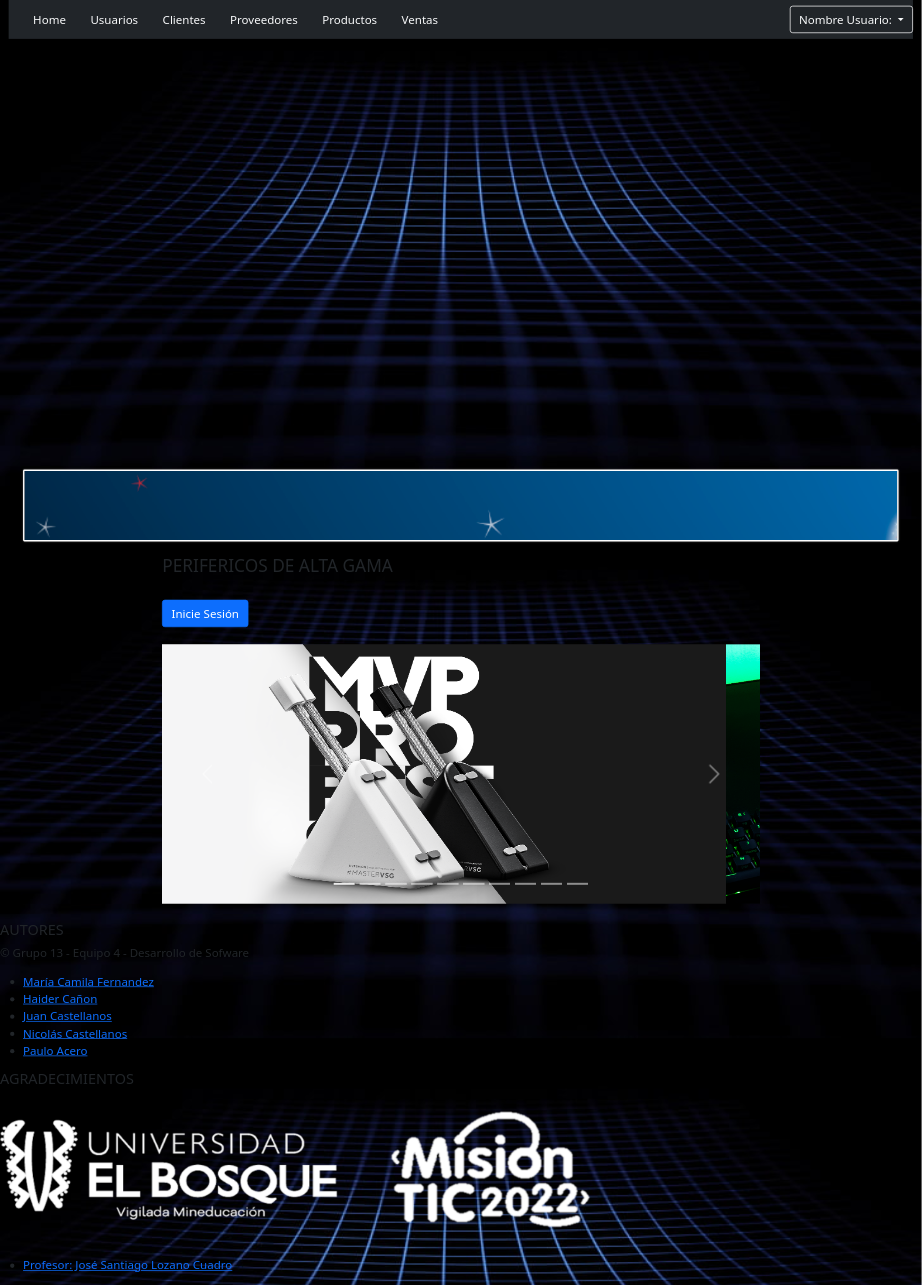
Repository: Grupo13E4/Tienda_Cypher
Page: http://localhost/Ciclo3demo/Principal.jsp
These files come from the project's save history. The page is drawn as it stood at one moment and after the next save; the edit follows.
The browser window is 1280 px wide. The pictures show the whole page, at 72% of full size.
Backgrounds fixed to the window are drawn as part of the page. The page is served by Tomcat 9. Other server files are loaded and not shown. The template is opened directly, without the code that normally fills it, so the values that code supplies are empty.

Above is the page before, as saved 2021-09-23 16:56:19.

### Ciclo3demo/src/main/webapp/Principal.jsp
<%@ page language="java" contentType="text/html; charset=ISO-8859-1"
	pageEncoding="ISO-8859-1"%>
<!DOCTYPE html>
<html>
<head>
<meta charset="ISO-8859-1">
<link
	href="https://cdn.jsdelivr.net/npm/bootstrap@5.1.0/dist/css/bootstrap.min.css"
	rel="stylesheet"
	integrity="sha384-KyZXEAg3QhqLMpG8r+8fhAXLRk2vvoC2f3B09zVXn8CA5QIVfZOJ3BCsw2P0p/We"
	crossorigin="anonymous">
<link rel="stylesheet"
	href="https://cdnjs.cloudflare.com/ajax/libs/animate.css/4.1.1/animate.min.css" />
<link rel="stylesheet" href="cssPrincipal.css">
<link rel="icon" href="img/icon.jpg" type="image/x-icon">
<title>Página Principal</title>
</head>
<body>

	<div class="container-fluid">
		<nav class="navbar navbar-expand-lg navbar-dark bg-dark">
			<div class="container-fluid">
				<div class="collapse navbar-collapse" id="navbarNav">
					<ul class="navbar-nav">
						<li class="nav-item"><a
							style="margin-left: 10px; border: none"
							class="btn btn-outline-light" href="Controlador?menu=Principal">Home</a>
						</li>
						<li class="nav-item"><a
							style="margin-left: 10px; border: none"
							class="btn btn-outline-light"
							href="Controlador?menu=Usuarios&accion=Listar" target="myFrame">Usuarios</a>
						</li>
						<li class="nav-item">
							<a style="margin-left: 10px; border: none" class="btn btn-outline-light" href="Controlador?menu=Clientes"
							target="myFrame">Clientes</a>
						</li>
						<li class="nav-item">
							<a
							style="margin-left: 10px; border: none"
							class="btn btn-outline-light" href="Controlador?menu=Proveedores"
							target="myFrame">Proveedores</a>
						</li>
						<li class="nav-item">
							<a
							style="margin-left: 10px; border: none"
							class="btn btn-outline-light" href="Controlador?menu=Productos"
							target="myFrame">Productos</a>
						</li>
						<li class="nav-item">
							<a
							style="margin-left: 10px; border: none"
							class="btn btn-outline-light" href="Controlador?menu=Ventas"
							target="myFrame">Ventas</a>
						</li>
					</ul>
				</div>
			</div>
			<div class="dropdown">
				<button class="btn btn-outline-light dropdown-toggle" type="button"
					id="dropdownMenuButton1" data-bs-toggle="dropdown"
					aria-expanded="false">Nombre Usuario:
					${usuario.getNombre_usuario()}</button>
				<div class="dropdown-menu" aria-labelledby="dropdownMenuButton1">
					<a class="dropdown-item" href="#"><img src="img/User.png"
						width="40" alt="40"></a> <a class="dropdown-item" href="#">${usuario.getUsuario()}</a>
					<a class="dropdown-item" href="#">${usuario.getEmail_usuario()}</a>
					<div class="dropdown-divider"></div>
					<form class="dropdown-item" method="POST" action="#">
						<button class="btn btn-danger center-block" type="submit"
							name="accion" value="Salir">Cerrar Sesion</button>
					</form>
				</div>
			</div>
		</nav>
		<div class="m-4" style="height: 550px;">
			<iframe style="height: 100%; width: 100%; border: none"
				name="myFrame">
			</iframe>
		</div>

	</div>

	<!--Inicio Banner-->
   	        <div class = "banner">
                <h1>TIENDA HIGH TECH CYPHER</h1>
            </div>
    <!--Fin Banner-->

	<!-- Inicio Login -->
	<div class = "container col-lg-8">
		<h4>PERIFERICOS DE ALTA GAMA</h4>
		<div>
			<a class="btn btn-primary btn-lm mt-4" href="inicio.jsp" role="button">Inicie Sesión</a>
		</div>


<!--Fin Slider Carrousel-->
		<div id="carouselExampleCaptions" class="carousel slide mb-4 mt-4" data-bs-ride="carousel">
		  <div class="carousel-indicators">
		    <button type="button" data-bs-target="#carouselExampleCaptions" data-bs-slide-to="0" class="active" aria-current="true" aria-label="Slide 1"></button>
		    <button type="button" data-bs-target="#carouselExampleCaptions" data-bs-slide-to="1" aria-label="Slide 2"></button>
		    <button type="button" data-bs-target="#carouselExampleCaptions" data-bs-slide-to="2" aria-label="Slide 3"></button>
		    <button type="button" data-bs-target="#carouselExampleCaptions" data-bs-slide-to="3" aria-label="Slide 4"></button>
		    <button type="button" data-bs-target="#carouselExampleCaptions" data-bs-slide-to="4" aria-label="Slide 5"></button>
		    <button type="button" data-bs-target="#carouselExampleCaptions" data-bs-slide-to="5" aria-label="Slide 6"></button>
		    <button type="button" data-bs-target="#carouselExampleCaptions" data-bs-slide-to="6" aria-label="Slide 7"></button>
		    <button type="button" data-bs-target="#carouselExampleCaptions" data-bs-slide-to="7" aria-label="Slide 8"></button>
		    <button type="button" data-bs-target="#carouselExampleCaptions" data-bs-slide-to="8" aria-label="Slide 9"></button>
		    <button type="button" data-bs-target="#carouselExampleCaptions" data-bs-slide-to="9" aria-label="Slide 10"></button>
		  </div>
		  <div class="carousel-inner">
		    <div class="carousel-item active">
		      <img src="imgslider/img1.png" class="d-block w-100" alt="img1" width="400" height="360">
		    </div>
		    <div class="carousel-item">
		      <img src="imgslider/img2.png" class="d-block w-100" alt="img1" width="400" height="360">
		  </div>
		  <div class="carousel-item">
		      <img src="imgslider/img3.png" class="d-block w-100" alt="img1" width="400" height="360">
		  </div>
		  <div class="carousel-item">
		      <img src="imgslider/img4.png" class="d-block w-100" alt="img1" width="400" height="360">
		  </div>
		  <div class="carousel-item">
		      <img src="imgslider/img5.png" class="d-block w-100" alt="img1" width="400" height="360">
		  </div>
		  <div class="carousel-item">
		      <img src="imgslider/img6.png" class="d-block w-100" alt="img1" width="400" height="360">
		  </div>
		  <div class="carousel-item">
		      <img src="imgslider/img7.png" class="d-block w-100" alt="img1" width="400" height="360">
		  </div>
		  <div class="carousel-item">
		      <img src="imgslider/img8.png" class="d-block w-100" alt="img1" width="400" height="360">
		  </div>
		  <div class="carousel-item">
		      <img src="imgslider/img9.png" class="d-block w-100" alt="img1" width="400" height="360">
		  </div>
		  <div class="carousel-item">
		      <img src="imgslider/img10.png" class="d-block w-100" alt="img1" width="400" height="360">
		  </div>
		  <button class="carousel-control-prev" type="button" data-bs-target="#carouselExampleCaptions" data-bs-slide="prev">
		    <span class="carousel-control-prev-icon" aria-hidden="true"></span>
		    <span class="visually-hidden">Previous</span>
		  </button>
		  <button class="carousel-control-next" type="button" data-bs-target="#carouselExampleCaptions" data-bs-slide="next">
		    <span class="carousel-control-next-icon" aria-hidden="true"></span>
		    <span class="visually-hidden">Next</span>
		  </button>
		</div>
		<!--Fin Slider Carrousel-->
		</div>
</div>

	<!-- Inicio Footer -->
	<footer class="footer col-lg-12">
		<section class="section">
		<div class="autores">
			 <h5>AUTORES</h5>
                <p>&copy; Grupo 13 - Equipo 4 - Desarrollo de Sofware</p>
                 <ul>
                    <li><a href="#">María Camila Fernandez</a></li>
                    <li><a href="#">Haider Cañon</a></li>
                    <li><a href="#">Juan Castellanos</a></li>
                    <li><a href="#">Nicolás Castellanos</a></li>
                    <li><a href="#">Paulo Acero</a></li>

                </ul>
		</div>
		<div class="agra">
		<h5>AGRADECIMIENTOS</h5>
                <p>
                	<a href="#"><img alt="Mintic2022" src="img/minticuec.png"></a>

                </p>
                 <ul>
                    <li><a href="#">Profesor: José Santiago Lozano Cuadro</a></li>
                </ul>
		</div>
		</section>
	</footer>
	<!-- Fin Footer -->



	<script
		src="https://cdn.jsdelivr.net/npm/@popperjs/core@2.9.3/dist/umd/popper.min.js"
		integrity="sha384-W8fXfP3gkOKtndU4JGtKDvXbO53Wy8SZCQHczT5FMiiqmQfUpWbYdTil/SxwZgAN"
		crossorigin="anonymous">
	</script>
	<script src="https://cdn.jsdelivr.net/npm/bootstrap@5.1.1/dist/js/bootstrap.min.js"
		integrity="sha384-skAcpIdS7UcVUC05LJ9Dxay8AXcDYfBJqt1CJ85S/CFujBsIzCIv+l9liuYLaMQ/"
		crossorigin="anonymous">
	</script>
</body>
</html>

### Ciclo3demo/src/main/webapp/cssPrincipal.css
@charset "ISO-8859-1";

body {

    margin: 0;
    background: url(img/wallpaper1.jpg);
    background-size: cover;
    background-attachment: fixed;
}

/*Banner*/
.banner {
	margin: 0 auto;
    width: 95%;
    height: 100px;
    border: 2px solid white;
    box-shadow: 0px 0px 2px gray;
    background: url("img/bakbaner.png");
    background-position: -300px -200px;
    margin-top: 20px;
    margin-bottom: 20px;
    border-radius: 2px;
    overflow: hidden;
    animation: backBanner 10s linear;
}

@keyframes backBanner {
    0% {
        background-position: 0px 0px;
    }
    100% {
        background-position: -300px -200px;
    }
}


.banner h1 {
    display: block;
    width: 100%;
    color: white;
    font-size: 45px;
    text-align: center;
    font-weight: normal;
    letter-spacing: 2px;
    text-shadow: 2px 2px 4px black;
    margin: 20px auto;
    margin-bottom: 20px;
    animation: showText 10s linear;
}

@keyframes showText {
    0% {
        transform: translateX(-600%) scale(5,5);
        opacity: 1;
    }
    50% {
        transform: translateX(600%) scale(5,5);
        opacity: 1;
    }
    75% {
        transform: translateX(-600%) scale(5,5);
        text-shadow: none;
        color: transparent;
        opacity: 0;
    }
    100% {
        transform: translateX(0%) scale(1,1);
        text-shadow: 2px 2px 4px black;
        color: white;
        opacity: 1;
    }
}

After the next save:
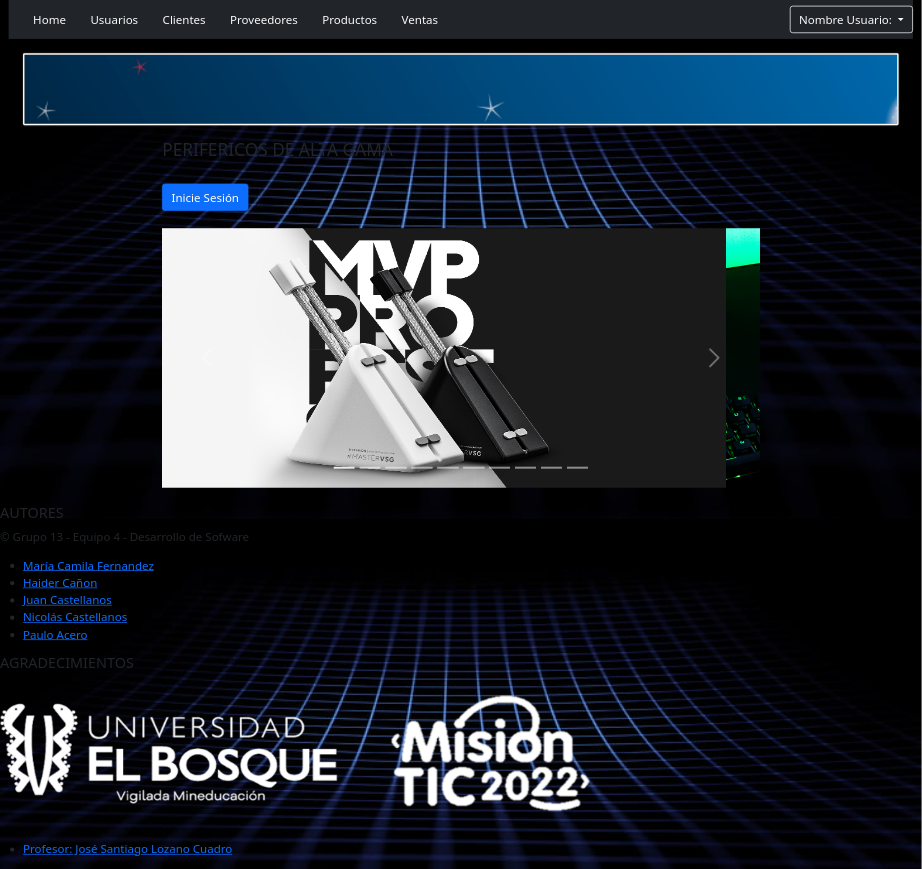
Saved 75 s later.
--- a/Ciclo3demo/src/main/webapp/Principal.jsp
+++ b/Ciclo3demo/src/main/webapp/Principal.jsp
@@ -73,11 +73,7 @@
 				</div>
 			</div>
 		</nav>
-		<div class="m-4" style="height: 550px;">
-			<iframe style="height: 100%; width: 100%; border: none"
-				name="myFrame">
-			</iframe>
-		</div>
+
 
 	</div>
 
